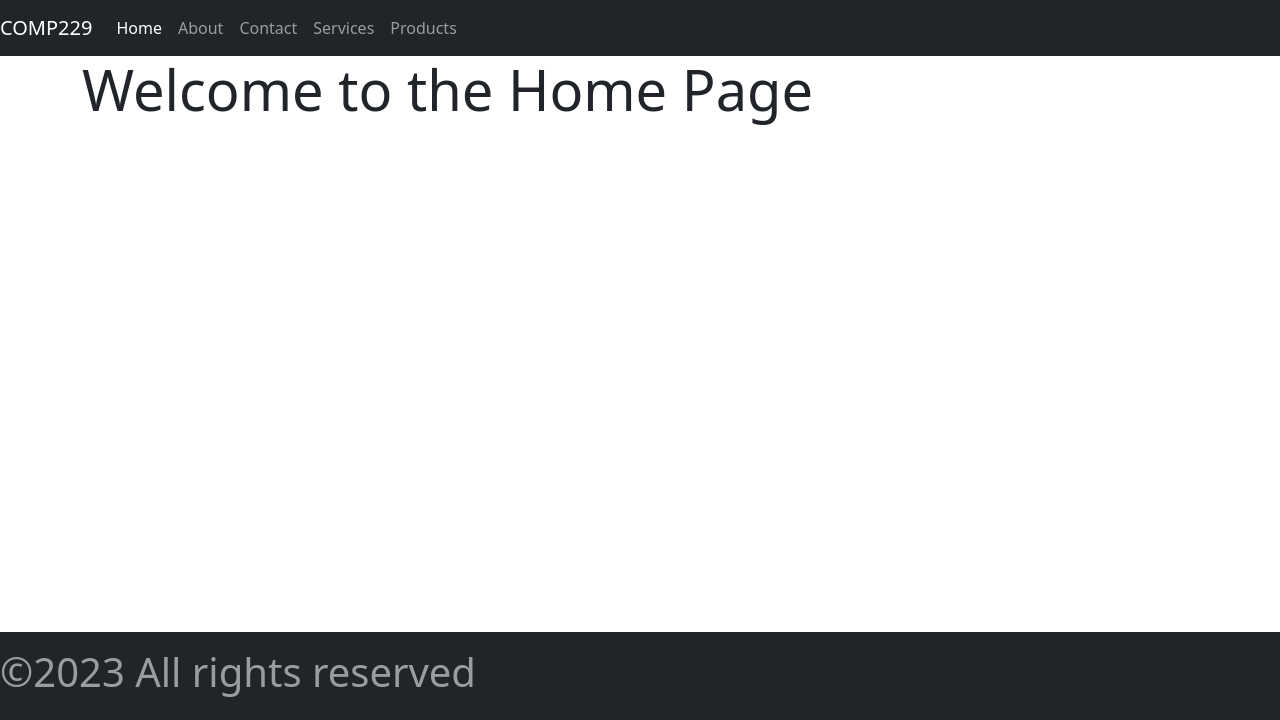
Repository: kaletejas/COMP229_Portfolio
Page: http://localhost/
The author's editor kept a copy of each file at every save. The page is drawn from the files as they stood at one save, then again after the next save.
The browser window is 1280 px wide. The pictures show the whole page.
The page is served by the project's Node server (server.js). Other server files are loaded and not shown.

Above is the page before, as saved 2023-01-25 21:55:29.

### WEEK3/views/index.ejs
<%-include partials/header.ejs%>
  <!--Main nav Navigation-->
  <nav class="navbar navbar-expand-lg navbar-dark bg-dark">
  <!--div class="container-fluid"-->
    <a class="navbar-brand" href="#">COMP229</a>
    <button class="navbar-toggler" type="button" data-toggle="collapse" data-target="#navbarSupportedContent" aria-controls="navbarSupportedContent" aria-expanded="false" aria-label="Toggle navigation">
      <span class="navbar-toggler-icon"></span>
    </button>
    <div class="collapse navbar-collapse" id="navbarSupportedContent">
      <ul class="navbar-nav ml-auto">
        <% if(title=="Home"){%>
        <li class="nav-item active">
          <%}else{%>
            <li class="nav-item">
              <%}%>
          <a class="nav-link active" aria-current="page" href="/home">Home</a>
        </li>

       <% if(title=="About"){%>
        <li class="nav-item active">
          <%}else{%>
            <li class="nav-item">
              <%}%>
          <a class="nav-link" href="/about">About</a>
        </li>

        <% if(title=="Contact"){%>
          <li class="nav-item active">
            <%}else{%>
              <li class="nav-item">
                <%}%>
          <a class="nav-link" href="/contact">Contact</a>
        </li>

        <% if(title=="Services"){%>
        <li class="nav-item active">
          <%}else{%>
            <li class="nav-item">
              <%}%>
          <a class="nav-link" href="/services">Services</a>
        </li>

        <% if(title=="Products"){%>
        <li class="nav-item active">
          <%}else{%>
              <li class="nav-item">
                <%}%>
          <a class="nav-link" href="/products">Products</a>
        </li>

    </div>
  <!--div-->
</nav>
<main class="container">
  <div class="jumbotron">
    <h1 class="display-4">Welcome to the <%= title %> Page</h1>
  </main>

  <footer>
   <nav class="navbar fixed-bottom navbar-dark bg-dark">
    <h1 class="display-6 navbar-text">&copy;2023 All rights reserved</h1>

  </div>
</nav>
    <footer>

  <!--script section-->

  <%-include partials/footer.ejs%>

### WEEK3/views/partials/header.ejs
<!DOCTYPE html>
<html lang="en">
<head>
  <meta charset="UTF-8">
  <meta http-equiv="X-UA-Compatible" content="IE=edge">
  <meta name="viewport" content="width=device-width, initial-scale=1.0">
  <title><%= title %></title>
  <!--css section-->
  <link rel="stylesheet" href="/bootstrap/dist/css/bootstrap.min.css"/>
  <link rel="stylesheet" href="/@fortawesome/fontawesome-free/css/all.min.css"/>
  <link rel='stylesheet' href='/Content/app.css' />
</head>
<body>

### WEEK3/views/partials/footer.ejs
<script src="/jquery/dist/jquery.min.js"></script>
  <script src="/bootstrap/dist/js/bootstrap.min.js"></script>
   <script src="/Scripts/app.js"></script>
</body>
</html>

### WEEK3/server.js
#!/usr/bin/env node

/**
 * Module dependencies.
 */

var app = require('./app');
var debug = require('debug')('week3:server');
var http = require('http');

/**
 * Get port from environment and store in Express.
 */

var port = normalizePort(process.env.PORT || '3000');
app.set('port', port);

/**
 * Create HTTP server.
 */

var server = http.createServer(app);

/**
 * Listen on provided port, on all network interfaces.
 */

server.listen(port);
server.on('error', onError);
server.on('listening', onListening);

/**
 * Normalize a port into a number, string, or false.
 */

function normalizePort(val) {
  var port = parseInt(val, 10);

  if (isNaN(port)) {
    // named pipe
    return val;
  }

  if (port >= 0) {
    // port number
    return port;
  }

  return false;
}

/**
 * Event listener for HTTP server "error" event.
 */

function onError(error) {
  if (error.syscall !== 'listen') {
    throw error;
  }

  var bind = typeof port === 'string'
    ? 'Pipe ' + port
    : 'Port ' + port;

  // handle specific listen errors with friendly messages
  switch (error.code) {
    case 'EACCES':
      console.error(bind + ' requires elevated privileges');
      process.exit(1);
      break;
    case 'EADDRINUSE':
      console.error(bind + ' is already in use');
      process.exit(1);
      break;
    default:
      throw error;
  }
}

/**
 * Event listener for HTTP server "listening" event.
 */

function onListening() {
  var addr = server.address();
  var bind = typeof addr === 'string'
    ? 'pipe ' + addr
    : 'port ' + addr.port;
  debug('Listening on ' + bind);
}

### WEEK3/routes/index.js
var express = require('express');
var router = express.Router();

/* GET home page. */
router.get('/', function(req, res, next) {
  res.render('index', { title: 'Home' });
});
router.get('/home', function(req, res, next) {
  res.render('index', { title: 'Home' });
});
router.get('/about', function(req, res, next) {
  res.render('index', { title: 'About' });
});
router.get('/products', function(req, res, next) {
  res.render('index', { title: 'Products' });
});
router.get('/services', function(req, res, next) {
  res.render('index', { title: 'Services' });
});

router.get('/contact', function(req, res, next) {
  res.render('index', { title: 'Contact' });
});

module.exports = router;

### WEEK3/app.js
var createError = require('http-errors');
var express = require('express');
var path = require('path');
var cookieParser = require('cookie-parser');
var logger = require('morgan');

var indexRouter = require('./routes/index');
var usersRouter = require('./routes/users');

var app = express();

// view engine setup
app.set('views', path.join(__dirname, 'views'));
app.set('view engine', 'ejs');

app.use(logger('dev'));
app.use(express.json());
app.use(express.urlencoded({ extended: false }));
app.use(cookieParser());
app.use(express.static(path.join(__dirname, 'public')));
app.use(express.static(path.join(__dirname, 'node_modules')));

app.use('/', indexRouter);
app.use('/users', usersRouter);

// catch 404 and forward to error handler
app.use(function(req, res, next) {
  next(createError(404));
});

// error handler
app.use(function(err, req, res, next) {
  // set locals, only providing error in development
  res.locals.message = err.message;
  res.locals.error = req.app.get('env') === 'development' ? err : {};

  // render the error page
  res.status(err.status || 500);
  res.render('error');
});

module.exports = app;

### WEEK3/public/Content/app.css
/*custom css goes here*/

### WEEK3/public/Scripts/app.js
(function () {
    function start() {
        console.log("App Started...");
    }
    window.addEventListener("load", start);
})();

After the next save:
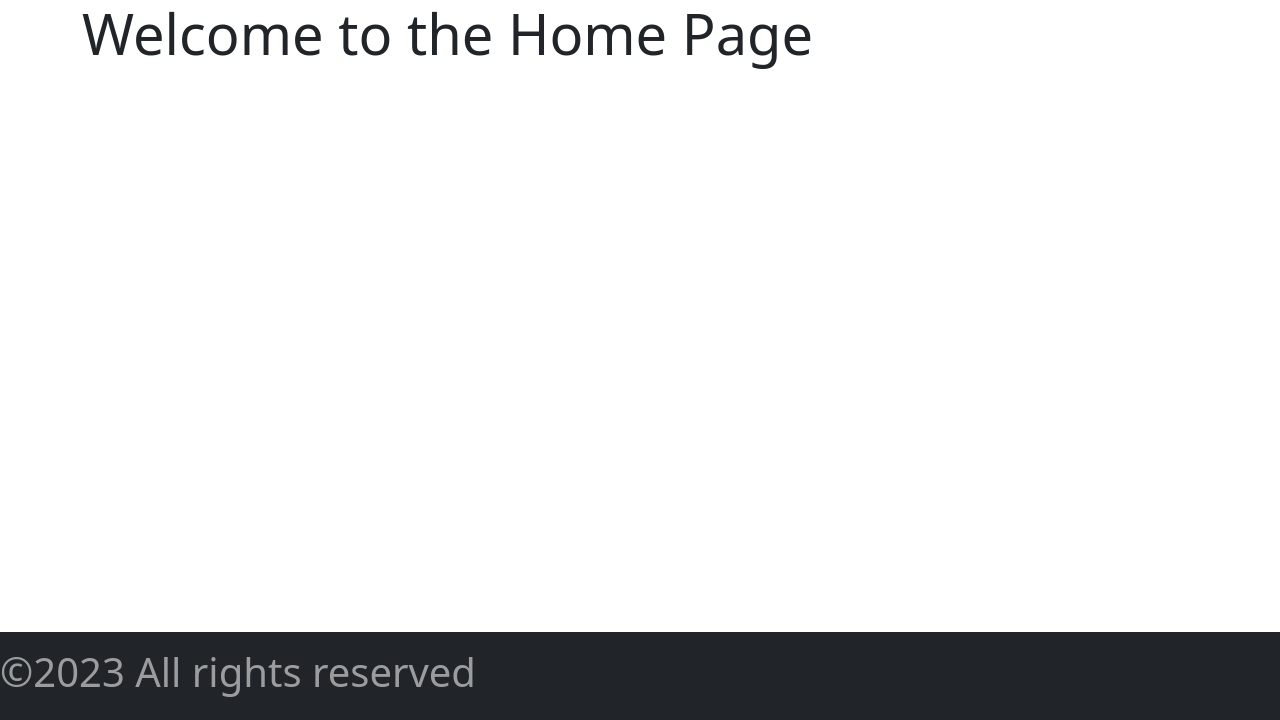
Saved 34 s later.
--- a/WEEK3/views/index.ejs
+++ b/WEEK3/views/index.ejs
@@ -1,56 +1,6 @@
 <%-include partials/header.ejs%>
   <!--Main nav Navigation-->
-  <nav class="navbar navbar-expand-lg navbar-dark bg-dark">
-  <!--div class="container-fluid"-->
-    <a class="navbar-brand" href="#">COMP229</a>
-    <button class="navbar-toggler" type="button" data-toggle="collapse" data-target="#navbarSupportedContent" aria-controls="navbarSupportedContent" aria-expanded="false" aria-label="Toggle navigation">
-      <span class="navbar-toggler-icon"></span>
-    </button>
-    <div class="collapse navbar-collapse" id="navbarSupportedContent">
-      <ul class="navbar-nav ml-auto">
-        <% if(title=="Home"){%>
-        <li class="nav-item active">
-          <%}else{%>
-            <li class="nav-item">
-              <%}%>
-          <a class="nav-link active" aria-current="page" href="/home">Home</a>
-        </li>
 
-       <% if(title=="About"){%>
-        <li class="nav-item active">
-          <%}else{%>
-            <li class="nav-item">
-              <%}%>
-          <a class="nav-link" href="/about">About</a>
-        </li>
-
-        <% if(title=="Contact"){%>
-          <li class="nav-item active">
-            <%}else{%>
-              <li class="nav-item">
-                <%}%>
-          <a class="nav-link" href="/contact">Contact</a>
-        </li>
-
-        <% if(title=="Services"){%>
-        <li class="nav-item active">
-          <%}else{%>
-            <li class="nav-item">
-              <%}%>
-          <a class="nav-link" href="/services">Services</a>
-        </li>
-
-        <% if(title=="Products"){%>
-        <li class="nav-item active">
-          <%}else{%>
-              <li class="nav-item">
-                <%}%>
-          <a class="nav-link" href="/products">Products</a>
-        </li>
-
-    </div>
-  <!--div-->
-</nav>
 <main class="container">
   <div class="jumbotron">
     <h1 class="display-4">Welcome to the <%= title %> Page</h1>
